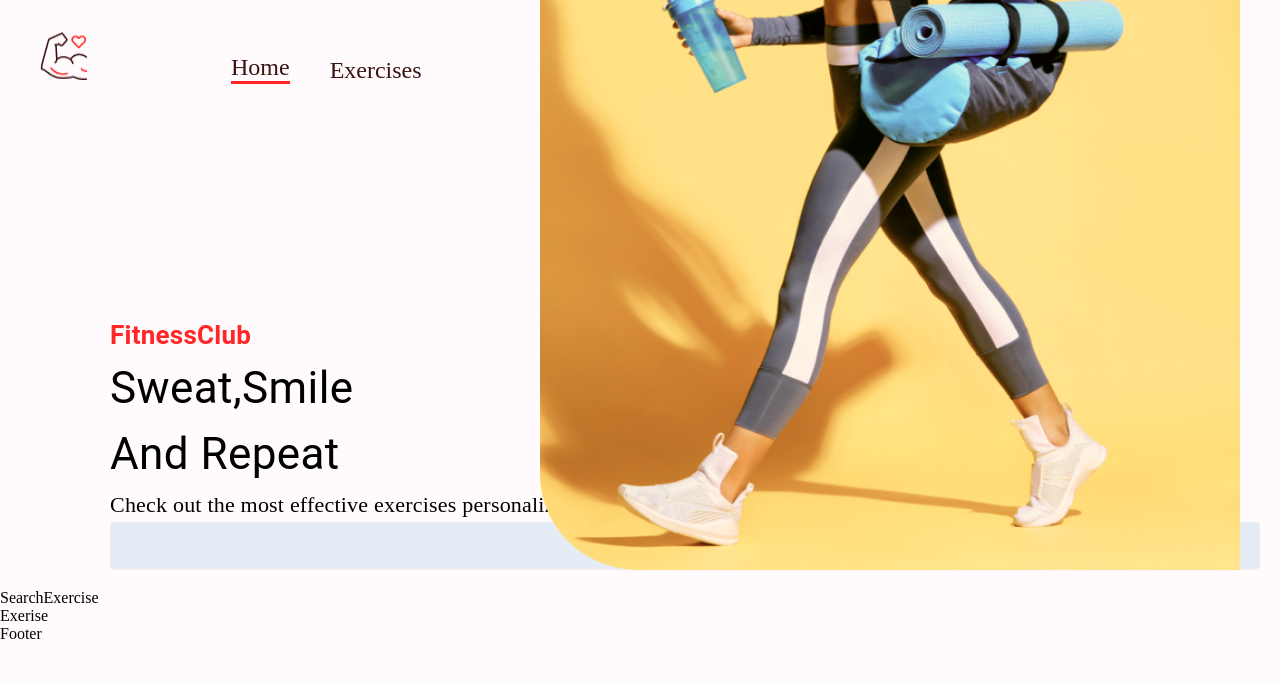
Repository: OmniaRafat232111121/Fitness
Page: /
These files come from the project's save history. The page is drawn as it stood at one moment and after a run of saves; the edit follows.
The browser window is 1280 px wide. The pictures show the whole page.
The project was rebuilt for these pictures with package versions that can differ from the ones it lists, and the page was loaded fresh each time. Also part of the build but not shown: src/Pags/ExerciseDetail.js.

Above is the page before, as saved 2022-07-14 00:47:06.

### src/index.js
import React from 'react';
import ReactDOM from 'react-dom/client';
import {
  BrowserRouter,

} from 'react-router-dom';
import App from './App';


const root = ReactDOM.createRoot(document.getElementById('root'));
root.render(
  <BrowserRouter >
  <App />
  </BrowserRouter>


);

### src/App.js
import React from 'react'
import {Route,Routes} from"react-router-dom"
import {Box} from'@mui/material'
import './App.css'
import Navbar from './components/Navbar'
import Home from './Pags/Home'
import ExerciseDetail from './Pags/ExerciseDetail'
import Footer from './components/Footer'
const App = () => {
  return (
<Box width ="400px" sx={{width:{xl:'1488px'}}} m="auto">
<Navbar />
<Routes>
<Route path="/"  element={<Home/>}/>
<Route path="/exercise:id"  element={<ExerciseDetail />}/>
</Routes>
<Footer />
</Box>
  )
}

export default App

### src/components/Navbar.js
import React from 'react'
import {Link} from 'react-router-dom'
import {Stack} from '@mui/material'
import Logo from '../assets/images/Logo.png'
const Navbar = () => (

    <Stack direction="row" justifyContent="space-around" sx={{ gap: { sm: '123px', xs: '40px' }, mt: { sm: '32px', xs: '20px' }, justifyContent: 'none' }} px="20px">
    <Link to="/">
      <img src={Logo} alt="logo" style={{ width: '48px', height: '48px', margin: '0px 20px' }} />
    </Link>
    <Stack
      direction="row"
      gap="40px"
      fontFamily="Alegreya"
      fontSize="24px"
      alignItems="flex-end"
    >
      <Link to="/" style={{ textDecoration: 'none', color: '#3A1212', borderBottom: '3px solid #FF2625' }}>Home</Link>
      <a href="#exercises" style={{ textDecoration: 'none', color: '#3A1212' }}>Exercises</a>
    </Stack>
  </Stack>
  );


export default Navbar

### src/Pags/Home.js
import React from 'react'
import {Box} from '@mui/material'
import HeroBanner from '../components/HeroBanner'
import SearchExercise from '../components/SearchExercise'
import Exerise from '../components/Exerise'
const Home = () => {
  return (
  <Box>
  <HeroBanner />
   <SearchExercise />
   <Exerise />
  </Box>
  );
}

export default Home

### src/components/HeroBanner.js
import React from 'react'
import {Box,Stack,Typography,Button} from '@mui/material'
import HeroBannerImage from  '../assets/images/banner.png'
const HeroBanner = () => {
  return (
   <Box sx={{
    mt:{lg:'212px',xs:'70px'},
    ml:{sm:'90px'}
   }} position="realtive"  p="20px">
   <Typography color="#FF2625" fontWeight="600" fontSize="26px">FitnessClub</Typography>
   <Typography fontweight={700} sx={{fontSize:{lg:'44px',xs:'40px'}}}> Sweat,Smile<br />
   And Repeat  </Typography>
 <Typography style={{fontSize:'22px' ,fontFamily:"Alegreya", lineHeight:"35px"}}>
   Check out the most effective exercises personalized to you
   </Typography>

   <Stack>
   <Button  variant="contained" style={{backgroundcolor:"#FF2625", fontWeight:"600px",fontSize:'20px'}} sx={{opacity:'0.1',display:{lg:'block',xs:'none'}}}>Explore Exercise</Button>
   </Stack>

   <img src={HeroBannerImage} alt="hero-banner" className="hero-banner-img" />
   </Box>
  )
}

export default HeroBanner

### src/components/SearchExercise.js
import React from 'react'

const SearchExercise = () => {
  return (
    <div>SearchExercise</div>
  )
}

export default SearchExercise

### src/components/Exerise.js
import React from 'react'

const Exerise = () => {
  return (
    <div>Exerise</div>
  )
}

export default Exerise

Loaded but not shown: public/index.html (common file); src/App.css (common file); src/components/Footer.js (common file)

After the next 8 saves:
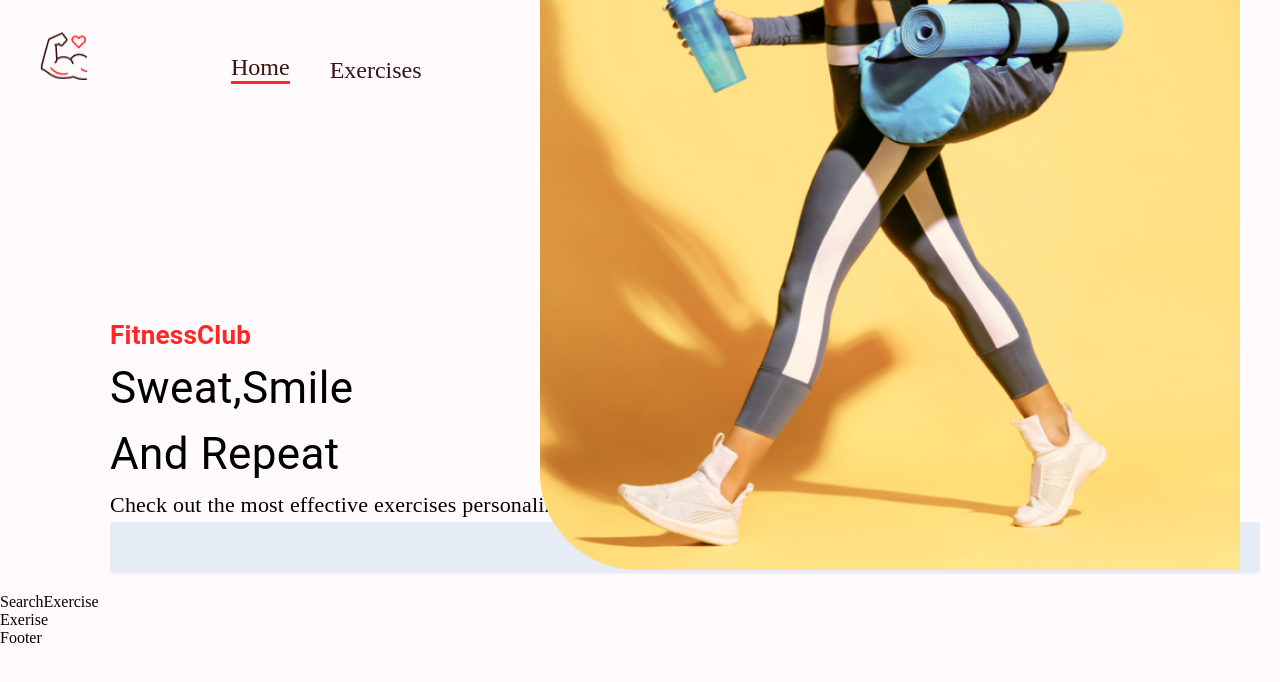
The 8 saves are shown as one change because they came seconds apart.
The last was saved 71 s later.
--- a/src/components/HeroBanner.js
+++ b/src/components/HeroBanner.js
@@ -15,7 +15,7 @@ const HeroBanner = () => {
    </Typography>
 
    <Stack>
-   <Button  variant="contained" style={{backgroundcolor:"#FF2625", fontWeight:"600px",fontSize:'20px'}} sx={{opacity:'0.1',display:{lg:'block',xs:'none'}}}>Explore Exercise</Button>
+   <Button  variant="contained" size="large" style={{backgroundcolor:"#FF2625", fontWeight:"600px",fontSize:'20px'}} sx={{opacity:'0.1',display:{lg:'block',xs:'none'}}}>Explore Exercise</Button>
    </Stack>
 
    <img src={HeroBannerImage} alt="hero-banner" className="hero-banner-img" />
